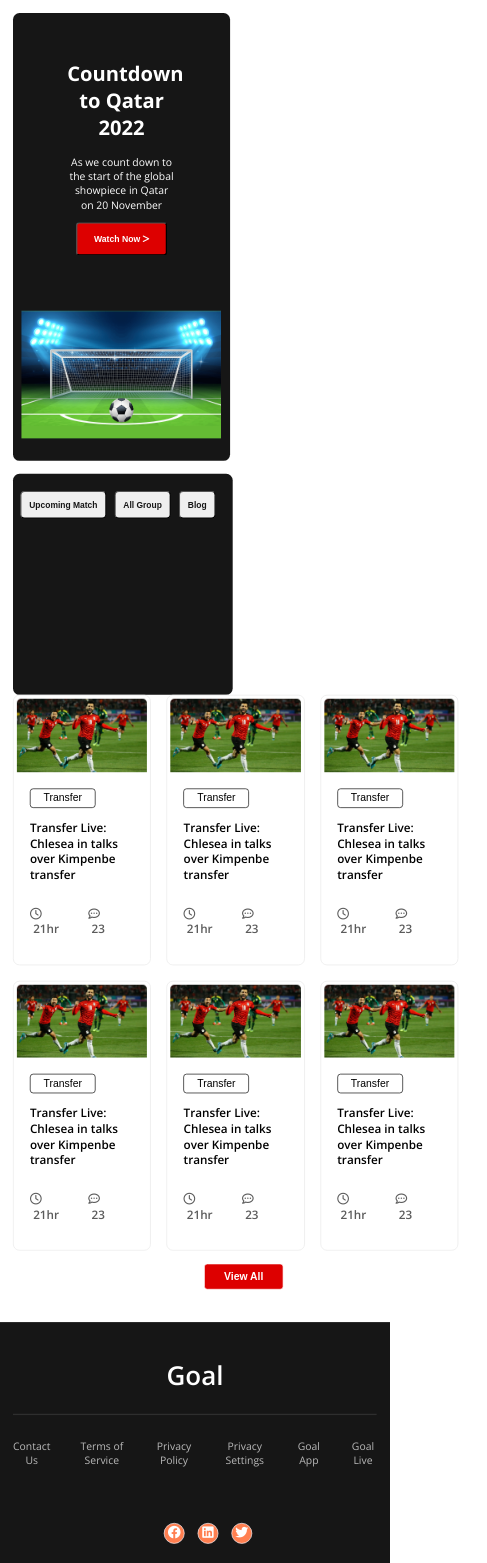
Repository: zjria/Qatar-world-cup
Page: index.html
These files come from the project's save history. The page is drawn as it stood at one moment and after the next save; the edit follows.
The browser window is 600 px wide. The page is 750 px wide, so the pictures cover 750 px, including what lies to the right of the window. The pictures show the whole page, at 65% of full size.

Above is the page before, as saved 2022-09-10 19:49:37.

### index.html
<!DOCTYPE html>
<html lang="en">

<head>
    <meta charset="UTF-8">
    <meta http-equiv="X-UA-Compatible" content="IE=edge">
    <meta name="viewport" content="width=device-width, initial-scale=1.0">
    <title>QATAR WORLD CUP</title>
    <!-- Font Awesome CDN Link -->
    <link rel="stylesheet" href="https://cdnjs.cloudflare.com/ajax/libs/font-awesome/6.2.0/css/all.min.css"
        integrity="sha512-xh6O/CkQoPOWDdYTDqeRdPCVd1SpvCA9XXcUnZS2FmJNp1coAFzvtCN9BmamE+4aHK8yyUHUSCcJHgXloTyT2A=="
        crossorigin="anonymous" referrerpolicy="no-referrer" />
    <!-- Font Awesome CDN Link -->
    <link rel="stylesheet" href="https://cdnjs.cloudflare.com/ajax/libs/font-awesome/6.2.0/css/all.min.css"
        integrity="sha512-xh6O/CkQoPOWDdYTDqeRdPCVd1SpvCA9XXcUnZS2FmJNp1coAFzvtCN9BmamE+4aHK8yyUHUSCcJHgXloTyT2A=="
        crossorigin="anonymous" referrerpolicy="no-referrer" />
    <!-- Custom CSS -->
    <link rel="stylesheet" href="style.css">

</head>

<body>
    <!-- <h1 style="text-align:center;">Allahu Akber</h1> -->


    <!-- Header Section -->
    <header class="header-container">

        <div class="header-text">
            <h1>Countdown to Qatar 2022</h1>
            <p>As we count down to the start of the global showpiece in Qatar on 20 November</p>
            <button>Watch Now <i class="fa-solid fa-greater-than"></i> </button>
        </div>

        <div class="header-img">
            <marquee behavior="alternate" scrollamount="0" direction="">
                <marquee behavior="alternate" scrollamount="0" direction="">
                    <img src="images/Ball.png" class="ball" alt="">
                </marquee>

            </marquee>

        </div>


    </header>


    <!-- Nav Section start HTML -->
    <div class="nav-container">
        <nav class="nav-section">
            <div class="all-button">
                <button><a href="match.html">Upcoming Match</a></button>
                <button><a href="#">All Group</a></button>
                <button><a href="index.html">Blog</a></button>
            </div>
        </nav>

        <!-- Main Section Start HTML  -->
        <main class="main-section">
            <div class="transfer">
                <img src="images/Blog Image.png" alt=""> <br>
                <div class="button-text">
                    <button>Transfer</button>
                    <p>Transfer Live: Chlesea in talks over Kimpenbe transfer</p>
                    <div class="icons">
                        <p><i class="fa-regular fa-clock"></i> <span>21hr</span></p>
                        <p><i class="fa-regular fa-comment-dots"></i> <span> 23</span></p>
                    </div>
                </div>
            </div>
            <div class="transfer">
                <img src="images/Blog Image.png" alt=""> <br>
                <div class="button-text">
                    <button>Transfer</button>
                    <p>Transfer Live: Chlesea in talks over Kimpenbe transfer</p>
                    <div class="icons">
                        <p><i class="fa-regular fa-clock"></i> <span>21hr</span></p>
                        <p><i class="fa-regular fa-comment-dots"></i> <span> 23</span></p>
                    </div>
                </div>
            </div>
            <div class="transfer">
                <img src="images/Blog Image.png" alt=""> <br>
                <div class="button-text">
                    <button>Transfer</button>
                    <p>Transfer Live: Chlesea in talks over Kimpenbe transfer</p>
                    <div class="icons">
                        <p><i class="fa-regular fa-clock"></i> <span>21hr</span></p>
                        <p><i class="fa-regular fa-comment-dots"></i> <span> 23</span></p>
                    </div>
                </div>
            </div>
            <div class="transfer">
                <img src="images/Blog Image.png" alt=""> <br>
                <div class="button-text">
                    <button>Transfer</button>
                    <p>Transfer Live: Chlesea in talks over Kimpenbe transfer</p>
                    <div class="icons">
                        <p><i class="fa-regular fa-clock"></i> <span>21hr</span></p>
                        <p><i class="fa-regular fa-comment-dots"></i> <span> 23</span></p>
                    </div>
                </div>
            </div>
            <div class="transfer">
                <img src="images/Blog Image.png" alt=""> <br>
                <div class="button-text">
                    <button>Transfer</button>
                    <p>Transfer Live: Chlesea in talks over Kimpenbe transfer</p>
                    <div class="icons">
                        <p><i class="fa-regular fa-clock"></i> <span>21hr</span></p>
                        <p><i class="fa-regular fa-comment-dots"></i> <span> 23</span></p>
                    </div>
                </div>
            </div>
            <div class="transfer">
                <img src="images/Blog Image.png" alt=""> <br>
                <div class="button-text">
                    <button>Transfer</button>
                    <p>Transfer Live: Chlesea in talks over Kimpenbe transfer</p>
                    <div class="icons">
                        <p><i class="fa-regular fa-clock"></i> <span>21hr</span></p>
                        <p><i class="fa-regular fa-comment-dots"></i> <span> 23</span></p>
                    </div>
                </div>
            </div>
        </main>
    </div>

    <!-- Only Table -->
    <div class="view-all">
        <Button>View All</Button>
    </div>

    <!-- Footer Section start -->
    <div class="footer-container">
        <div class="footer">
            <h2>Goal</h2>
            <hr>
            <div class="footer-text">
                <ul>
                    <li>Contact Us</li>
                    <li>Terms of Service</li>
                    <li>Privacy Policy</li>
                    <li>Privacy Settings</li>
                    <li>Goal App</li>
                    <li>Goal Live</li>
                </ul>
            </div>
        </div>
        <!-- Social Icons start -->
        <div class="social-icons">
            <ul>
                <li><a href="https://web.facebook.com/profile.php?id=100010388645936"><i
                            class="fa-brands fa-facebook"></i></a></li>
                <li><a href="https://www.linkedin.com/in/web-developer-zj/"><i class="fa-brands fa-linkedin"></i></a>
                </li>
                <li><a href="https://twitter.com/webdeveloper_zj"><i class="fa-brands fa-twitter"></i></a></li>
            </ul>
        </div>
    </div>
</body>

</html>

### style.css
/* Google Fonts Link */
@import url('https://fonts.googleapis.com/css2?family=Open+Sans:wght@300;400;500;600;700&family=Poppins:wght@500&family=Roboto:wght@100;300;400;500;700;900&display=swap');

body {
    font-family: 'Open Sans', sans-serif;
    margin: 0%;
    padding: 0%;
    background-color: white;
}

/* Header Section */

.header-container {
    display: flex;
    border-radius: 10px;
    margin-bottom: 130px;
    margin: 20px;
    background: #161616;
}

.header-container .header-text {
    color: #FFFFFF;
    padding: 50px;
    width: 50%;

}

.header-container .header-text h1 {
    font-size: 42px;
    bottom: 20px;
}

.header-container .header-text p {
    font-size: 16px;
}

.header-container .header-text button {
    background: #DD0000;
    border-radius: 5px;
    padding: 16px 25px;
    color: white;
    font-weight: 700;
}

.header-img {
    background: url(images/goal-bar.png);
    background-repeat: no-repeat;
    background-position: center;
    background-size: 90%;
    width: 50%;
}

.header-img .ball {
    justify-content: center;
    align-items: center;
    margin: 0 auto;
    display: flex;
    margin-top: 54%;
}

.header-img img {
    width: 10%;
}

.ball {
    transition: transform 0.3s ease-out;
}

.header-img:hover .ball {
    transform: rotate(90deg);
    transform: translate(280px, -50%);
    padding-top: -60px;
    transform: scale(0.5) translate(-100%, -100%) rotate(0.5turn);

}


/* Nav Section Start */

.nav-container {
    display: flex;
    margin: 20px;
    flex-direction: column;
}

.nav-section {
    background: #161616;
    border-radius: 10px;
    margin-right: 24px;
    height: 300px;
    width: 312px;
}

.all-button {
    display: flex;
    flex-direction: column;
    margin: 30px 30px 0px 30px;
}

.all-button button {
    padding: 17px;
    margin-bottom: 20px;
    border-radius: 10px;
    font-weight: 700;
    font-size: 16px;
}

.all-button button a {
    text-decoration: none;
    color: #161616;
}

.all-button button:hover {
    background-color: #DD0000;
    color: white;
}

/* Main Section */
.main-section {
    display: grid;
    grid-template-columns: repeat(3, 1fr);
    grid-column-gap: 24px;
    grid-row-gap: 24px;
}

.transfer {
    border: 1px solid #E8E8E8;
    border-radius: 10px;
    padding: 5px;
}

.transfer .match-vs {
    display: flex;
    justify-content: center;
    align-items: center;
    text-align: center;
}

.transfer .match-text {
    justify-content: center;
    align-items: center;
    text-align: center;
}

.transfer span {
    padding: 0 5px;
}

.button-text {
    padding: 20px;
}

.button-text button {
    padding: 5px 20px;
    border: 1px solid;
    border-radius: 5px;
    font-size: 16px;
    background-color: white;
}

.button-text p {
    font-size: 18px;
    font-weight: 600;
}

.match-vs #img-style {
    width: 40%;
}

.transfer img {
    width: 100%;
}

.icons {
    display: flex;
    color: rgba(22, 22, 22, 0.7);
    font-size: 16px;
}

.icons p {
    margin-right: 40px;
}

/* Only Table */
.view-all {
    display: flex;
    justify-content: center;
    margin: 0 auto;
    margin-right: -25%;
}

.view-all button {
    padding: 10px 30px;
    border: 1px solid;
    border-radius: 5px;
    font-size: 16px;
    color: white;
    background-color: #DD0000;
    font-weight: 700;
}



/* Footer Container style start */
.footer-container {
    width: 100%;
    background: #161616;
    margin-top: 50px;
}

.footer hr {
    border: 1px solid rgba(255, 255, 255, 0.1);

}

.footer {
    text-align: center;
    justify-content: center;
    align-items: center;
    margin: 0 auto;
    padding: 20px 0px;
}

.footer hr {
    margin: 0px 20px;
}

.footer-container h2 {
    color: #FFFFFF;
    font-weight: 600;
    font-size: 40px;

}

.footer-container .footer-text {
    color: #FFFFFF;
    text-align: center;
    justify-content: center;
    align-items: center;

}

.footer-container .footer-text ul {
    display: flex;
    text-align: center;
    justify-content: center;
    align-items: center;
    /* margin: 0px 20px; */
    padding: 0px;
}

.footer-container .footer-text ul li {
    text-decoration: none;
    list-style: none;
    margin: 20px 20px;
    color: #B9B9B9;
    font-size: 16px;
}

/* Social Icons style start */
.social-icons {
    color: white;
    font-size: 20px;
    margin: 0 auto;
    text-align: center;
    justify-content: center;
    align-items: center;
    display: flex;
}

.social-icons ul {
    display: flex;
}

.social-icons ul li {
    background-color: coral;
    border-radius: 50%;
    width: 30px;
    height: 30px;
    border: 1px solid ghostwhite;
    list-style: none;
    margin: 10px;

}

.social-icons ul li a {
    color: white;
}

/* Media Query styles */
@media only screen and (max-width: 688px) {
    .header-container .header-text h1 {
        font-size: 31px;
        bottom: 20px;
    }

    .header-container {
        /* display: flex; */
        /* margin: 20px; */
        /* background: #161616; */
        flex-direction: column;
        text-align: center;
        align-items: center;
        width: 334px;
    }

    .header-img .ball {
        justify-content: center;
        align-items: center;
        margin: 0 auto;
        display: flex;
        margin-top: 31%;
    }

    .header-img {
        /* background: url(images/goal-bar.png); */
        /* background-repeat: no-repeat; */
        /* background-position: center; */
        background-size: 80%;
        width: 115%;
        padding: 50px 0px;
    }

    .all-button {
        display: flex;
        flex-direction: row;
        margin: 0px 0px 0px -15px;
    }

    .all-button button {
        padding: 12px;
        margin: 6px;
        border-radius: 7px;
        font-weight: 700;
        font-size: 13px;
    }

    .nav-section {
        background: #161616;
        border-radius: 10px;
        /* margin-right: 24px; */
        width: 298px;
        /* height: 300px; */
        padding: 20px;
    }
}

After the next save:
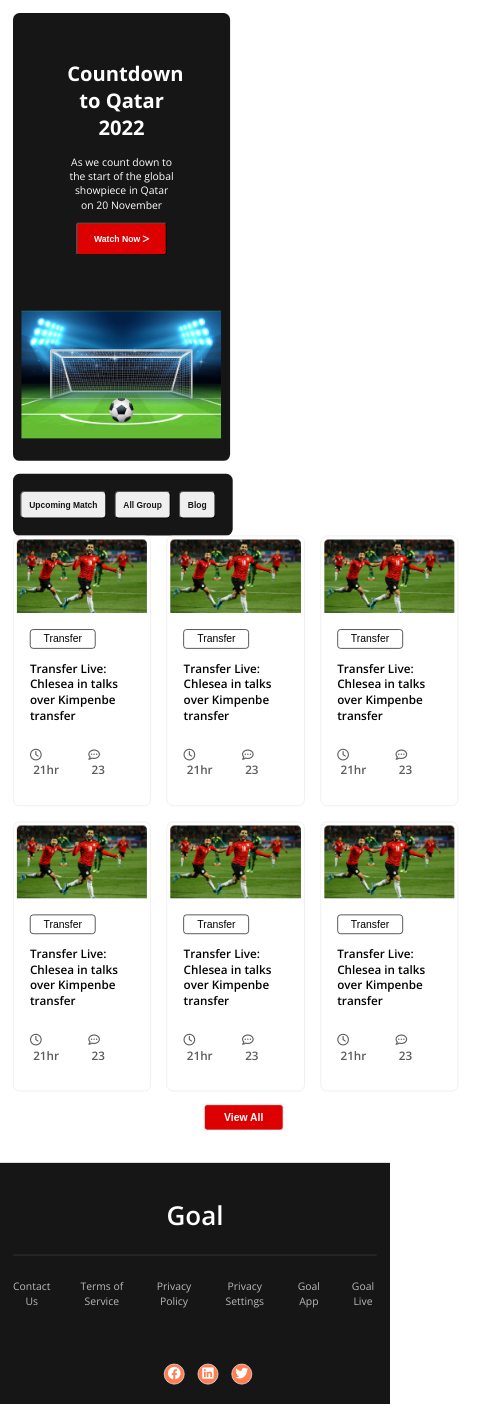
Saved 53 s later.
--- a/style.css
+++ b/style.css
@@ -340,7 +340,7 @@
         border-radius: 10px;
         /* margin-right: 24px; */
         width: 298px;
-        /* height: 300px; */
+        height: 55px;
         padding: 20px;
     }
 }
